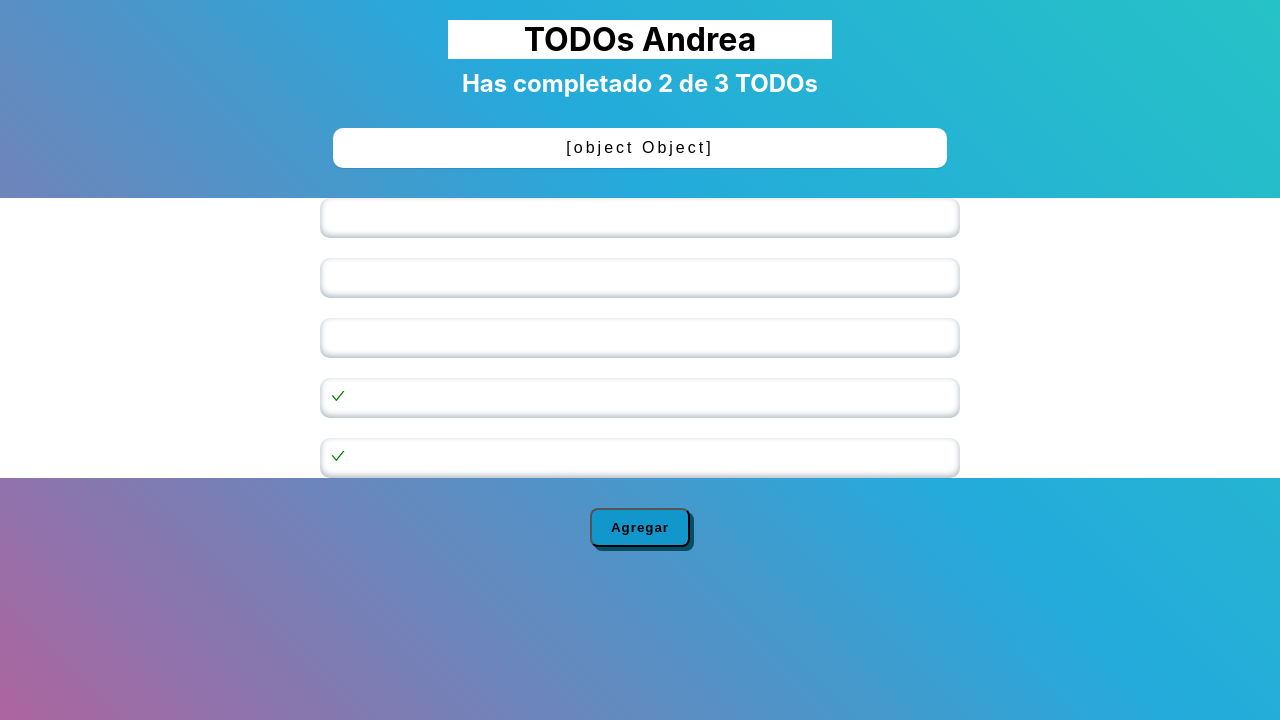
Repository: Pandrea-hub/TODOs
Page: /
An editor plug-in stored every save of this project. The page is shown before and after the next save, followed by the edit.
The browser window is 1280 px wide. The pictures show the whole page.
The project was rebuilt for these pictures with package versions that can differ from the ones it lists, and the page was loaded fresh each time.

Above is the page before, as saved 2022-06-07 19:00:47.

After the next save:
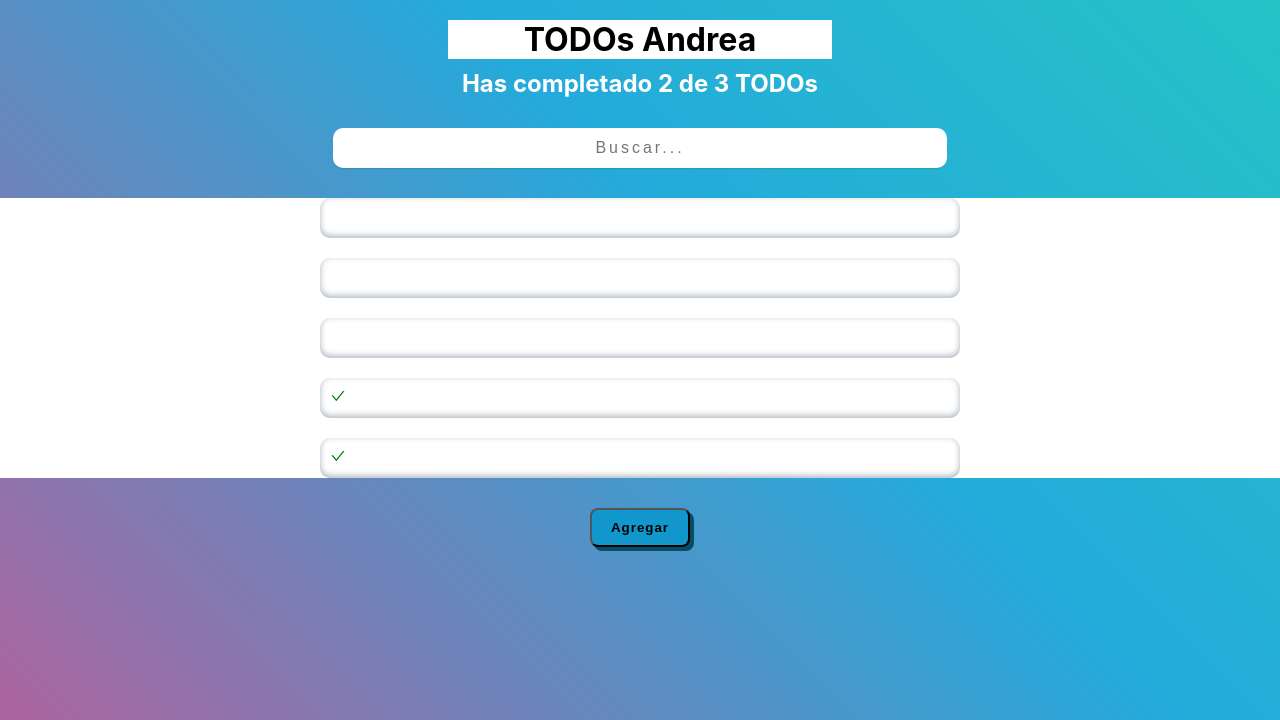
Saved 66 s later.
--- a/src/TodoSearch.js
+++ b/src/TodoSearch.js
@@ -4,7 +4,7 @@ import './TodoSearch.css';
 
 
 
-function TodoSearch(searchValue, setSearchValue){
+function TodoSearch({searchValue, setSearchValue}){
 
     const onSearchValueChange=(event)=>{
         console.log(event.target.value);
